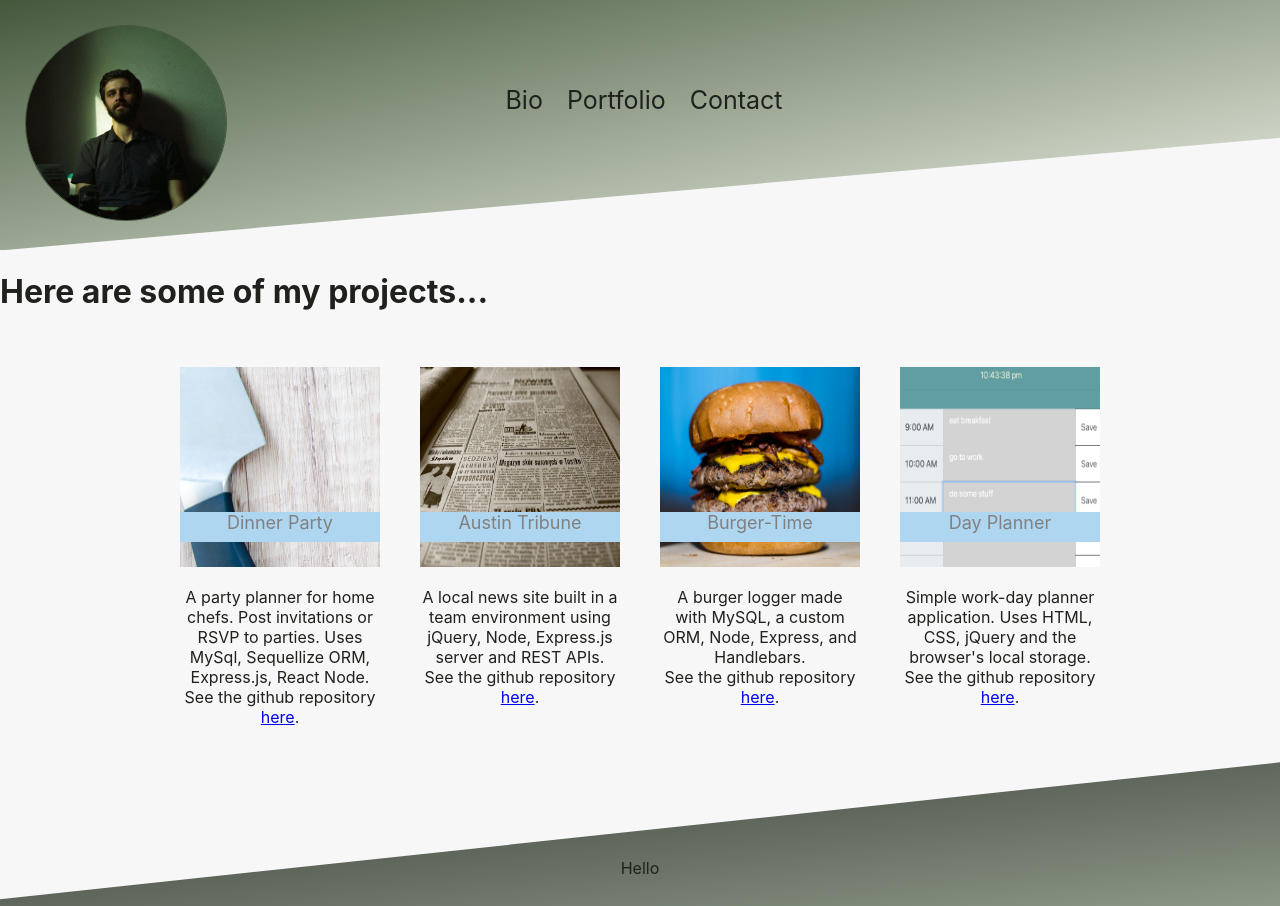
Repository: joeldelatte/react-portfolio
Page: /portfolio (app in client/)
An editor plug-in stored every save of this project. The page is shown before and after the next save, followed by the edit.
The browser window is 1280 px wide. The pictures show the whole page.
The project was rebuilt for these pictures with package versions that can differ from the ones it lists, and the page was loaded fresh each time. Also part of the build but not shown: client/src/App.css, client/src/Components/Bio/Bio.js, client/src/Components/Contact/Contact.js.

Above is the page before, as saved 2020-07-12 14:28:27.

### client/public/index.html
<!doctype html>
<html lang="en">
  <head>
    <meta charset="utf-8">
    <meta name="viewport" content="width=device-width, initial-scale=1, shrink-to-fit=no">
    <meta name="theme-color" content="#000000">
    <!--
      manifest.json provides metadata used when your web app is added to the
      homescreen on Android. See https://developers.google.com/web/fundamentals/engage-and-retain/web-app-manifest/
    -->
    <link rel="manifest" href="%PUBLIC_URL%/manifest.json">
    <link rel="shortcut icon" href="%PUBLIC_URL%/favicon.ico">
    <!--
      Notice the use of %PUBLIC_URL% in the tags above.
      It will be replaced with the URL of the `public` folder during the build.
      Only files inside the `public` folder can be referenced from the HTML.

      Unlike "/favicon.ico" or "favicon.ico", "%PUBLIC_URL%/favicon.ico" will
      work correctly both with client-side routing and a non-root public URL.
      Learn how to configure a non-root public URL by running `npm run build`.
    -->
    <title>Joel Delatte</title>
  </head>
  <body>
    <noscript>
      You need to enable JavaScript to run this app.
    </noscript>
    <div id="root"></div>
    <!--
      This HTML file is a template.
      If you open it directly in the browser, you will see an empty page.

      You can add webfonts, meta tags, or analytics to this file.
      The build step will place the bundled scripts into the <body> tag.

      To begin the development, run `npm start` or `yarn start`.
      To create a production bundle, use `npm run build` or `yarn build`.
    -->
  </body>
</html>

### client/src/index.css
body {
  height:100%;
  min-height: 100%;
  margin: 0;
  padding: 0;
  border: 0;
  font-family: -apple-system, BlinkMacSystemFont, 'Segoe UI', 'Roboto', 'Oxygen',
    'Ubuntu', 'Cantarell', 'Fira Sans', 'Droid Sans', 'Helvetica Neue',
    sans-serif;
  -webkit-font-smoothing: antialiased;
  -moz-osx-font-smoothing: grayscale;
  background-color: rgb(247, 247, 247);
  color: rgb(31,33,28);
}

code {
  font-family: source-code-pro, Menlo, Monaco, Consolas, 'Courier New',
    monospace;
}

### client/src/App.js
import React from 'react';
import {BrowserRouter as Router, Route, Switch, Link} from "react-router-dom";
import './App.css';
import Bio from "./Components/Bio/Bio";
import Nav from "./Page/Nav";
import Contact from "./Components/Contact/Contact";
import Portfolio from "./Components/Portfolio/Portfolio";

export default function App() {
  return (
    <>
      <Router>
        <Nav />
        <Switch>
          <Route exact path="/">
            <Bio />
          </Route>
          <Route exact path="/contact">
            <Contact />
          </Route>
          <Route exact path="/portfolio">
            <Portfolio />
          </Route>
        </Switch>
      </Router>
    </>
  );
}

### client/src/Page/Nav.js
import React from "react";
import {BrowserRouter as Router, Route, Switch, Link} from "react-router-dom";
import Avatar from "./Avatar";
import "./Page.css";

function Nav () {
    return (
      <div className="header">
        <Avatar />
        <div className="nav">
          <Link to="/">Bio</Link>
          <Link to="/portfolio">Portfolio</Link>
          <Link to="/contact">Contact</Link>
        </div>
      </div>
    );
};

export default Nav;

### client/src/Components/Portfolio/Portfolio.js
import React from "react";

import Dayplanner from "../Portfolio/images/dayplanner.png";
import NewsPaper from "../Portfolio/images/austin1.jpeg";
import Burger from "../Portfolio/images/burger.jpg"
import Knife from "../Portfolio/images/knife.png"

import './portfolio.css';

export default function Portfolio() {


    return (
      <>
        <h1 classnName="center-text">Here are some of my projects...</h1>
        <div className="portfolio">
          <div className="projectBox">
            <a
              href="https://rocky-meadow-16617.herokuapp.com/"
              target="_blank"
              rel="noopener noreferrer"
            >
              <img className="projectPhoto" src={Knife}></img>
              <section className="projectLabel">Dinner Party</section>
            </a>
            <p>
              A party planner for home chefs. Post invitations or RSVP to
              parties. Uses MySql, Sequellize ORM, Express.js, React Node.
              <br></br>
              See the github repository{" "}
              <a href="https://github.com/joeldelatte/Poject_3_Dinner_Party">
                here
              </a>
              .
            </p>
          </div>
          <div className="projectBox">
            <a
              href="https://mmoritz8.github.io/Project-1/Joel_art/arts.html"
              target="_blank"
              rel="noopener noreferrer"
            >
              <img className="projectPhoto" src={NewsPaper}></img>
              <section className="projectLabel">Austin Tribune</section>
            </a>
            <p>
              A local news site built in a team environment using jQuery, Node,
              Express.js server and REST APIs.
              <br></br>
              See the github repository{" "}
              <a href="https://github.com/mmoritz8/Project-1">here</a>.
            </p>
          </div>
          <div className="projectBox">
            <a
              href="https://boiling-lowlands-78090.herokuapp.com/"
              target="_blank"
              rel="noopener noreferrer"
            >
              <img className="projectPhoto" src={Burger}></img>
              <section className="projectLabel">Burger-Time</section>
            </a>
            <p>
              A burger logger made with MySQL, a custom ORM, Node, Express, and
              Handlebars.
              <br></br>
              See the github repository{" "}
              <a href="https://github.com/joeldelatte/eat-da-burger">here</a>.
            </p>
          </div>
          <div className="projectBox">
            <a
              href="https://joeldelatte.github.io/day-planner/"
              target="_blank"
              rel="noopener noreferrer"
            >
              <img className="projectPhoto" src={Dayplanner}></img>
              <section className="projectLabel">Day Planner</section>
            </a>
            <p>
              Simple work-day planner application. Uses HTML, CSS, jQuery and
              the browser's local storage.
              <br></br>
              See the github repository{" "}
              <a href="https://github.com/joeldelatte/day-planner">here</a>.
            </p>
          </div>
        </div>
        <div className="space"></div>
        <footer>Hello</footer>
      </>
    );
}

### client/src/Components/Bio/bio.css
.container {
    position: relative;
}

.bio {
    min-height: 100%;
    padding: 15px;
    max-width: 50%;
    margin: 0 auto;
    text-align: center;
    padding-bottom: -5rem;
}

.bio p {
    text-align: center;
}

footer {
  height: 3rem;
  padding-top: 6rem;
  /* background-color: rgb(68,88,60); */
  background-image: linear-gradient(to right bottom, rgba(31,33,28, 1), rgba(68,88,60, 0.501));
  -webkit-clip-path: polygon(0 95%, 100% 0, 100% 100%, 0 100%);
  clip-path: polygon(0 95%, 100% 0, 100% 100%, 0 100%);
  text-align: center;
}


    @media only screen and (max-width: 768px) {
        .viewContainer {
            margin-left: 110px;
        }
    }

### client/src/Page/Avatar.js
import React from "react";
import Portrait from "./images/joel_d.png"
import "./Page.css";

function Avatar () {

    return (
      <div>
          <img src={Portrait} alt="avatar"  className="avatar" />
      </div>
    );
};

export default Avatar;

### client/src/Page/Page.css
.header {
  /* height: 38%; */
  background-image: linear-gradient(to right bottom, rgba(68,88,60, 1), rgba(241,246,226, 0.501));
  background-size: cover;
  background-position: top;
  position: relative;
  -webkit-clip-path: polygon(0 0, 100% 0, 100% 55%, 0 100%);
  clip-path: polygon(0 0, 100% 0, 100% 55%, 0 100%);
  position: relative;
}

  .avatar {
    border: 1px solid;
    border-color: rgb(68,88,60);
    display: inline;
    max-width: 200px;
    max-height: 200px;
    border-radius: 100%;
    margin: 25px;
    }

.nav {
    position: absolute;
    top: 40%;
    left: 50%;
    transform: translate(-50%, -50%);
    text-align: center;
}

.nav a {
    padding: 6px 8px 6px 16px;
    text-decoration: none;
    font-size: 25px;
    color: rgb(31,33,28);
    display: inline;
    text-align: center;
  }

.nav a:hover {
    color: #f1f1f1;
}

### client/src/Components/Contact/contact.css
.container {
  position: relative;
}
.contact {
    min-height: 100%;
    padding: 15px;
    max-width: 50%;
    margin: 0 auto;
    text-align: center;
    padding-bottom: -5rem;
}

.contact a {
  padding: 6px 8px 6px 16px;
  text-decoration: underline;
  font-size: 18px;
  color: black;
  display: block;
}

.contact a:hover {
  color: #818181;
}

.email-address {
  padding: 6px 8px 6px 16px;
  font-size: 18px;
}

input[type=text], select {
    width: 100%;
    padding: 12px 20px;
    margin: 8px 0;
    display: inline-block;
    border: 1px solid #ccc;
    border-radius: 4px;
    box-sizing: border-box;
  }

  input[type=submit] {
    width: 15%;
    background-color: #4CAF50;
    color: white;
    padding: 14px 20px;
    margin: 8px 0;
    border: none;
    border-radius: 4px;
    cursor: pointer;
  }

  input[type=submit]:hover {
    background-color: #45a049;
  }

textarea {
    width: 100%;
    height: 150px;
    margin: 8px 0;
    padding: 12px 20px;
    box-sizing: border-box;
    border: 1px solid #ccc;
    border-radius: 4px;
    resize: none;
  }

  footer {
    height: 3rem;
    padding-top: 6rem;
    /* background-color: rgb(68,88,60); */
    background-image: linear-gradient(to right bottom, rgba(31,33,28, 0.901), rgba(68,88,60, 0.601));
    -webkit-clip-path: polygon(0 95%, 100% 0, 100% 100%, 0 100%);
    clip-path: polygon(0 95%, 100% 0, 100% 100%, 0 100%);
    text-align: center;
  }

  @media only screen and (max-width: 768px) {
    .contact {
      margin-left: 110px;
    }
  }

### client/src/Components/Portfolio/portfolio.css
.portfolio {
    padding: 15px;
    display: flex;
    flex-wrap: wrap;
    justify-content: center;
    text-align: center;
}

.center-text {
    text-align: center;
}

.projectBox {
    width: 200px;
    height: 200px;
    position: relative;
    text-align: center;
    margin: 20px;
}

.projectText {
    width: 200px;
    height: 200px;
    position: relative;
    text-align: center;
    margin-top: 20px;
}

.projectLabel {
    color: #818181;
    text-align: center;
    font-size: large;
    background-color: #aed6f1;
    width: 200px;
    height: 30px;
    padding: 4;
    position: absolute;
    top: 80%;
    left: 50%;
    transform: translate(-50%, -50%);

}

.projectPhoto {
    width: 200px;
    height: 200px;
    position: relative;
    text-align: center;
}

.move {
    padding-left: 45px;
    box-sizing: content-box;
}

footer {
    margin-top: auto;
    height: 3rem;
    padding-top: 6rem;
    /* background-color: rgb(68,88,60); */
    background-image: linear-gradient(to right bottom, rgba(31,33,28, 0.901), rgba(68,88,60, 0.601));
    -webkit-clip-path: polygon(0 95%, 100% 0, 100% 100%, 0 100%);
    clip-path: polygon(0 95%, 100% 0, 100% 100%, 0 100%);
    text-align: center;
  }

.space {
    height: 10rem;
}
/* @media only screen and (max-width: 768px) {
    .move {
        padding-left: 130px;
        box-sizing: content-box;
    }
    .portfolio {
        margin-left: 110px;
    }

    .portfolio h1 {
        margin-left: 20px;
    }

    .projectBox {
        width: 200px;
        height: 200px;
        float: left;
        position: relative;
        text-align: center;
        margin: 20px 20px 150px 20px;

    }


}  */

Loaded but not shown: client/src/index.js (common file); client/src/serviceWorker.js (common file)

After the next save:
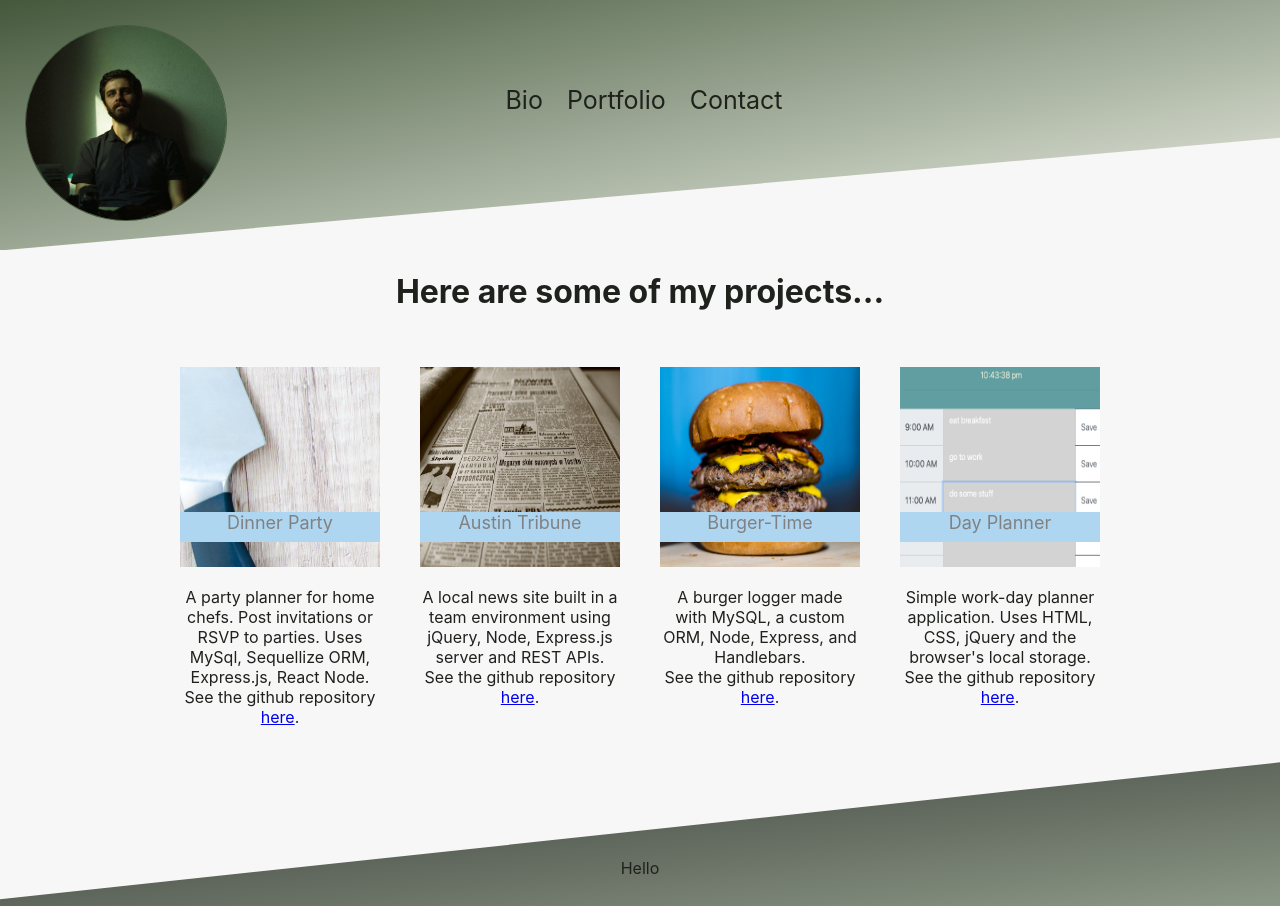
Saved 42 s later.
--- a/client/src/Components/Portfolio/portfolio.css
+++ b/client/src/Components/Portfolio/portfolio.css
@@ -6,7 +6,7 @@
     text-align: center;
 }
 
-.center-text {
+h1 {
     text-align: center;
 }
 
